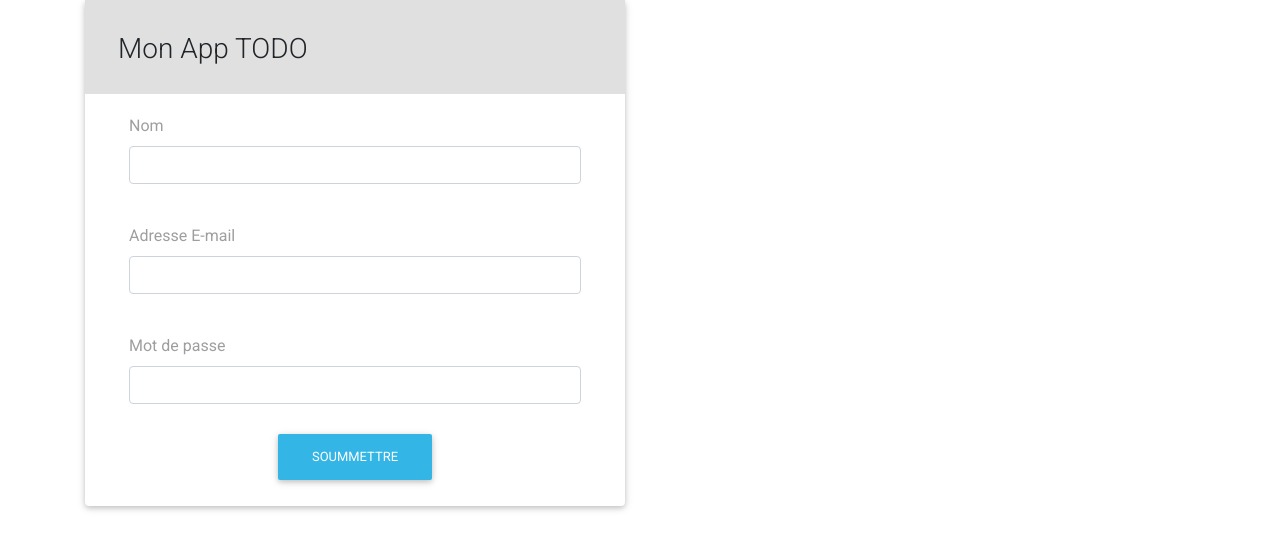
Repository: balkisys/React_Front_Test
Page: /
An editor plug-in stored every save of this project. The page is shown before and after the next save, followed by the edit.
The browser window is 1280 px wide. The pictures show the whole page.
The project was rebuilt for these pictures with package versions that can differ from the ones it lists, and the page was loaded fresh each time. Also part of the build but not shown: src/components/NewListForm.js, src/components/TaskDetails.js, src/components/TaskList.js, src/components/taskComponents.js, src/components/Login.js, src/components/Navbar.js.

Above is the page before, as saved 2021-02-21 21:59:42.

After the next save:
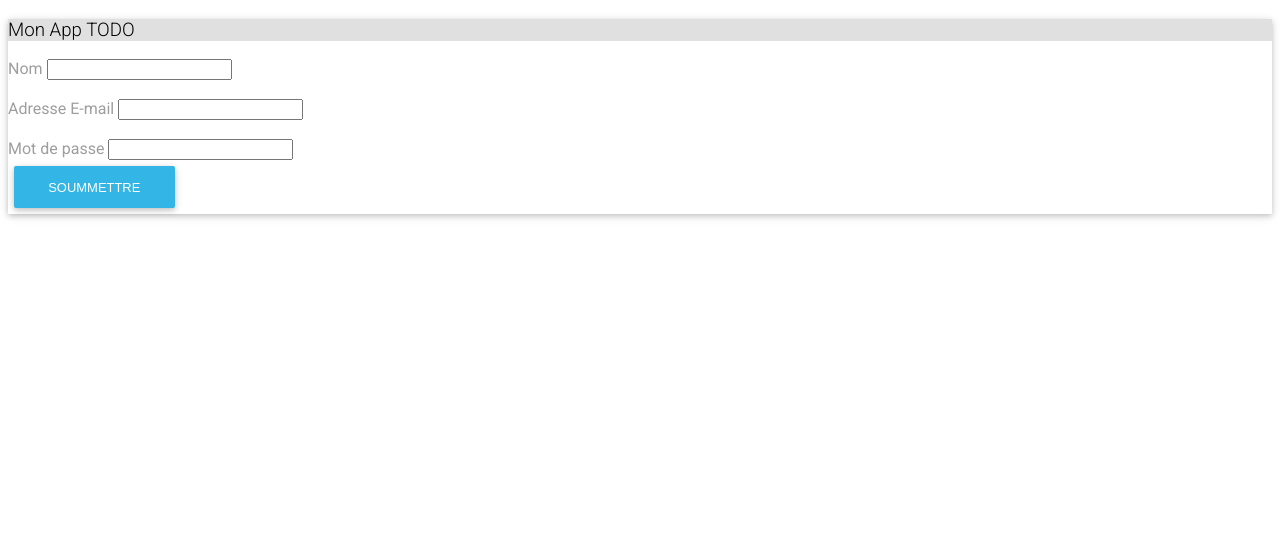
Saved 11 s later.
--- a/src/index.js
+++ b/src/index.js
@@ -1,7 +1,7 @@
 import React from 'react';
 import ReactDOM from 'react-dom';
 import './index.css';
-import 'bootstrap/dist/css/bootstrap.min.css';
+
 import 'fontawesome-free/css/all.min.css';
 import 'mdbreact/dist/css/mdb.css';
 import App from './App';
